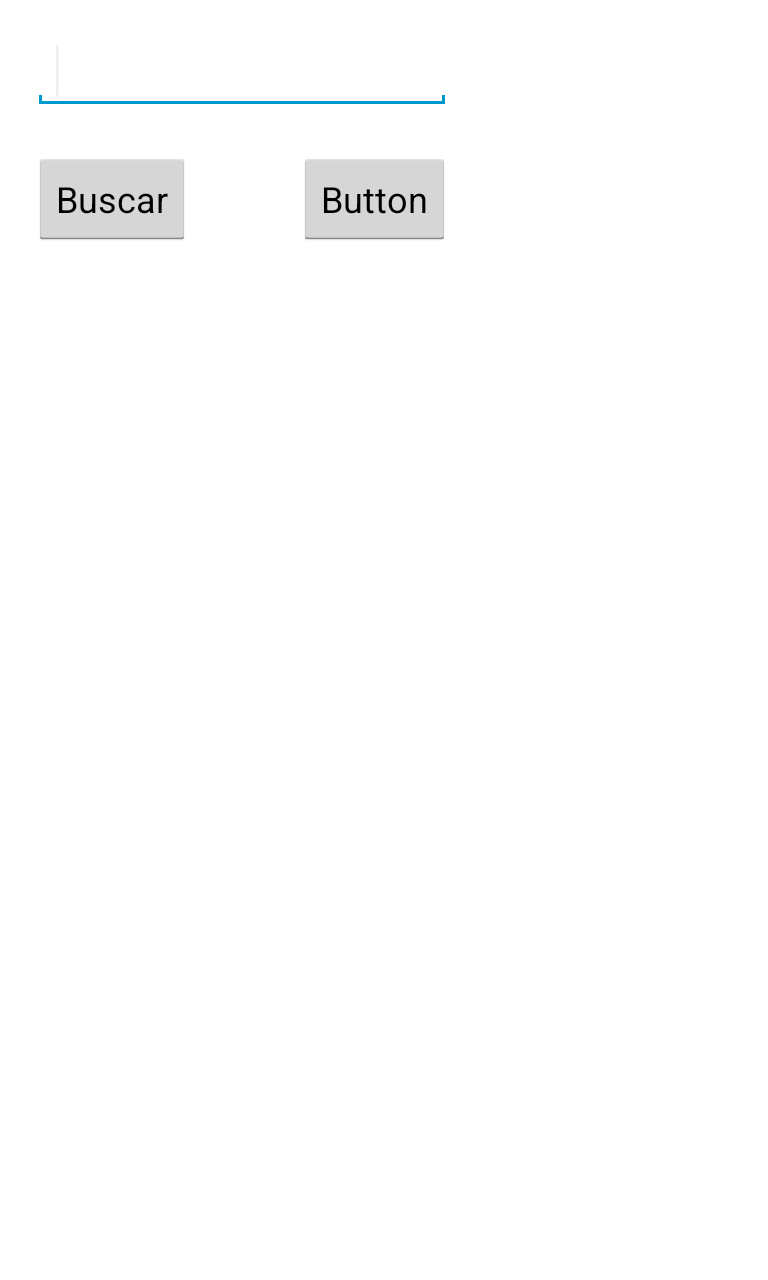
Repository: sstevenmr/SP-Galileo
Layout: Demo/res/layout/activity_main.xml
An editor plug-in stored every save of this project. The layout is shown before and after the next save, followed by the edit.
It is drawn on a 768 x 1280 px phone screen (xhdpi) without system bars, with theme AppTheme; the app's code is not run.

Above is the layout before, as saved 2014-01-23 23:24:09.

### Demo/res/layout/activity_main.xml
<RelativeLayout xmlns:android="http://schemas.android.com/apk/res/android"
    xmlns:tools="http://schemas.android.com/tools"
    android:layout_width="match_parent"
    android:layout_height="match_parent"
    android:paddingBottom="@dimen/activity_vertical_margin"
    android:paddingLeft="@dimen/activity_horizontal_margin"
    android:paddingRight="@dimen/activity_horizontal_margin"
    android:paddingTop="@dimen/activity_vertical_margin"
    tools:context=".MainActivity" >

    <EditText
        android:id="@+id/editTextSearchQuery"
        android:layout_width="wrap_content"
        android:layout_height="wrap_content"
        android:layout_alignParentLeft="true"
        android:layout_alignParentTop="true"
        android:inputType="text"
        android:ems="10" >

        <requestFocus />
    </EditText>

    <Button
        android:id="@+id/button2"
        android:layout_width="wrap_content"
        android:layout_height="wrap_content"
        android:layout_alignBottom="@+id/button1"
        android:layout_alignRight="@+id/editTextSearchQuery"
        android:text="Button" />

    <Button
        android:id="@+id/button1"
        android:layout_width="wrap_content"
        android:layout_height="wrap_content"
        android:layout_alignLeft="@+id/editTextSearchQuery"
        android:layout_below="@+id/editTextSearchQuery"
        android:layout_marginTop="20dp"
        android:text="@string/btn_Search"/>

</RelativeLayout>

### Demo/res/values/strings.xml
<?xml version="1.0" encoding="utf-8"?>
<resources>

    <string name="app_name">Ejemplo</string>
    <string name="action_settings">Settings</string>
    <string name="hello_world">Hello world!</string>
    <string name="btn_Search">Buscar</string>
    <string name="btn_open_activity">Pasar a otra actividad</string>

</resources>

Loaded but not shown: Demo/res/values/styles.xml (common file); Demo/res/values-v11/styles.xml (common file); Demo/res/values-v14/styles.xml (common file); Demo/res/values/dimens.xml (common file)

After the next save:
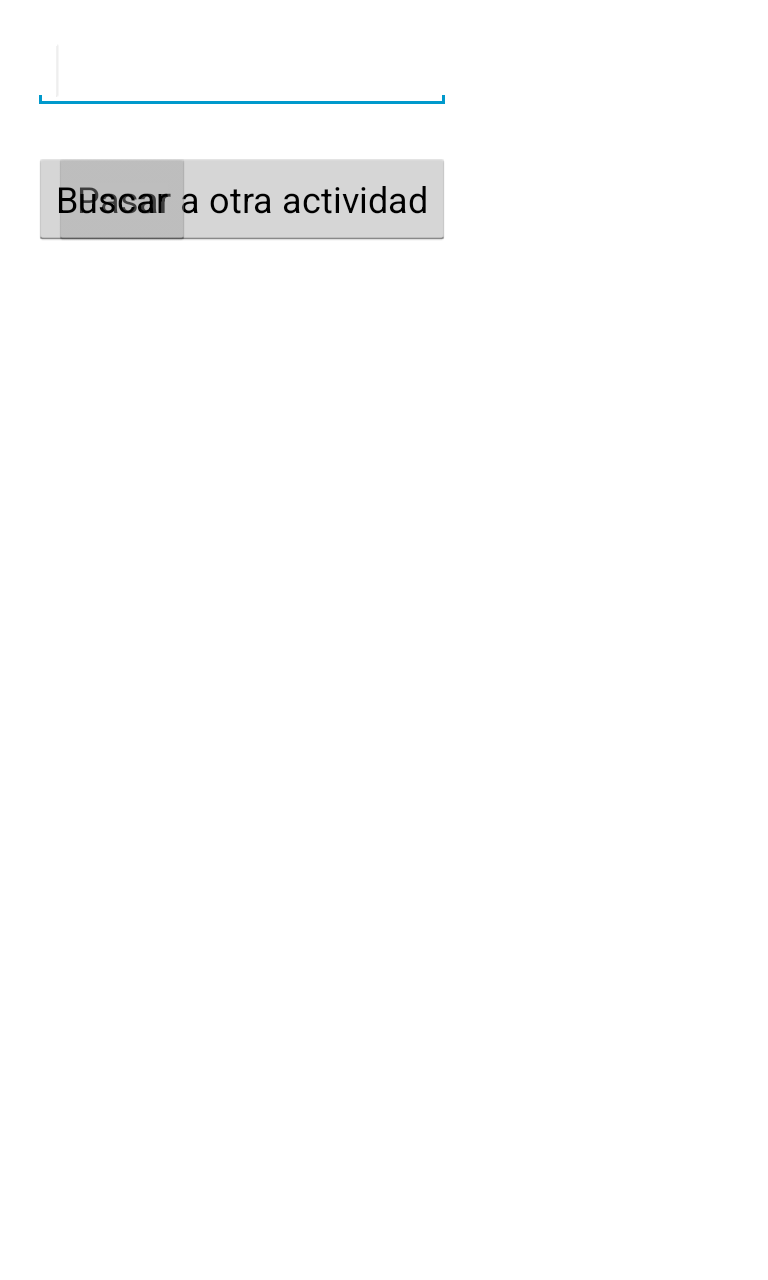
Saved 18 s later.
--- a/Demo/res/layout/activity_main.xml
+++ b/Demo/res/layout/activity_main.xml
@@ -26,7 +26,7 @@
         android:layout_height="wrap_content"
         android:layout_alignBottom="@+id/button1"
         android:layout_alignRight="@+id/editTextSearchQuery"
-        android:text="Button" />
+        android:text="@string/btn_open_activity" />
 
     <Button
         android:id="@+id/button1"
